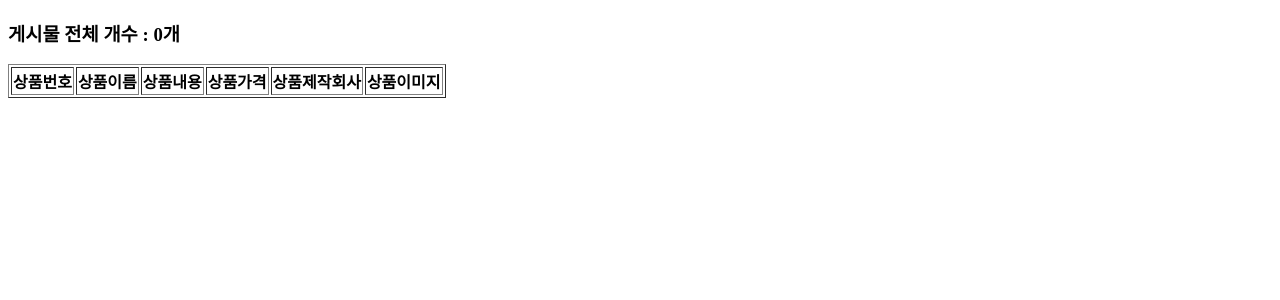
Repository: Hugh-KR/JSP_Project
Page: http://localhost/JSP_Project/product_all.jsp
An editor plug-in stored every save of this project. The page is shown before and after the next save, followed by the edit.
The browser window is 1280 px wide. The pictures show the whole page.
The page is served by Tomcat 9. Other server files are loaded and not shown. Queries for data that is not in the repository find no rows.

Above is the page before, as saved 2022-11-08 06:33:31.

### JSP_Project/src/main/webapp/product_all.jsp
<%@page import="db_connect.ProductVO"%>
<%@page import="java.util.ArrayList"%>
<%@page import="db_connect.ProductDAO"%>
<%@ page language="java" contentType="text/html; charset=UTF-8"
	pageEncoding="UTF-8"%>

<%
ProductDAO dao = new ProductDAO();
ArrayList<ProductVO> list = dao.list();
%>
<!DOCTYPE html>
<html>
<head>
<meta charset="UTF-8">
<title>Insert title here</title>
</head>
<body>
	<h3>
		게시물 전체 개수 :
		<%=list.size()%>개
	</h3>
	<table border="1">
		<tr>
			<th>상품번호</th>
			<th>상품이름</th>
			<th>상품내용</th>
			<th>상품가격</th>
			<th>상품제작회사</th>
			<th>상품이미지</th>
		</tr>
		<%
		for (ProductVO bag : list) {
		%>
		<tr>
			<td><%=bag.getID()%></td>
			<td><%=bag.getNAME()%></td>
			<td><%=bag.getCONTENT()%></td>
			<td><%=bag.getPRICE()%></td>
			<td><%=bag.getCOMPANY()%></td>
			<td><img src="img/<%=bag.getIMG()%>" width ="100" height="100"></td>
		</tr>
		<%
		} //for
		%>
	</table>

</body>
</html>

### JSP_Project/src/main/java/db_connect/ProductDAO.java
package db_connect;

import java.sql.Connection;
import java.sql.DriverManager;
import java.sql.PreparedStatement;
import java.sql.ResultSet;
import java.util.ArrayList;

import javax.swing.JOptionPane;

public class ProductDAO {

	public ArrayList<ProductVO> list() {

		// vo를 넣어줄 커다란 박스역할을 할 수 부품을 사용 예정
		// 가변길이인 경우 arraylist
		// MemberVO가 많이 들어간 arraylist박스를 하나 만들어줌.
		ArrayList<ProductVO> list = new ArrayList<>();

		// 1. 드라이버 설정- 드라이버(커넥터) 로딩
		try {
			Class.forName("com.mysql.cj.jdbc.Driver");
			// 특정한 위치에 있는 드라이버 파일을 램에 읽어들여 설정
			System.out.println("1. 드라이버 설정 성공.@@@@");

			// 2. db연결 mySQL: school, oracle: xe
			String url = "jdbc:mysql://localhost:3306/mydb";
			String user = "abcd";
			String password = "12345678";
			Connection con = DriverManager.getConnection(url, user, password); // Connection
			System.out.println("2. db연결 성공.@@@@@@");

			// 3. sql문을 만든다.
			String sql = "select * from PRODUCT";
			PreparedStatement ps = con.prepareStatement(sql);

			System.out.println("3. sql문 생성 성공.@@@@@");

			// 4. sql문을 db서버에 보낸다. --> 결과가 어떻게 되었는지 자바프로그램 알려줌.
			ResultSet rs = ps.executeQuery(); // r의 결과는 table, cud는 숫자(실행된row수) //1
			// rs.next() true면 결과가 있음. false면 결과가 없음.
			// System.out.println("4. sql문 db서버로 전송 성공. @@@@@ 반영된 row수 >>" + rs.next());
			while (rs.next()) { // 결과값이 true이면!!
				System.out.println("검색결과가 있음.");
				// 있으면
				// 1. 한 행의 값들을 추출
				// 2. vo를 만들어준다.
				// 3. vo에 추출한 값들을 넣어준다.
				// 4. vo를 list에 넣어준다.
				String id = rs.getString(1); // 컬럼의 순서 1번 id값 추출
				String name = rs.getString(2);
				String content = rs.getString(3);
				int price = rs.getInt(4);
				String company = rs.getString(5);
				String img = rs.getString(6);

				// UI에서 사용자가 검색한 결과를 볼 수 있어야 한다.
				// 4개의 데이터를 UI에게 return!!해주자.
				// 1) 가방을 만들어서,
				ProductVO bag = new ProductVO();
				// 2) 데이터를 넣고,
				bag.setID(id);
				bag.setNAME(name);
				bag.setCONTENT(content);
				bag.setPRICE(price);
				bag.setCOMPANY(company);
				bag.setIMG(img);

				list.add(bag);
				// 3) return하자.(전달)
			} // while
			System.out.println("box(list)에 들어간 가방의 갯수>> " + list.size());
			// db처리와 관련된 메모리 할당된 것 해제시켜주자.
			ps.close();
			con.close();
			rs.close();
		} catch (Exception e) {
			e.printStackTrace();
		}
		// 메서드의 처리를 다 끝내고, 결과를 보내줘라는 개념. 맨 끝에 써야함.
		return list;
	} // list

	// 기능하나만 메서드 하나 구현(검색 1명 기능-row 1개)
	public int login(MemberVO bag) {
		// 전달된 값 제대로 전달되었는지 확인하는 습관이 좋음.
		System.out.println(bag);

		// 1. 드라이버 설정- 드라이버(커넥터) 로딩
		// db의 유형, 버전에 따라 매우 많음.
		// 필요할 때 다운로드 받아 써야 함.
		int result = 0; // 0인 경우, 실패라고 하자.!

		try {
			Class.forName("com.mysql.cj.jdbc.Driver");
			// 특정한 위치에 있는 드라이버 파일을 램에 읽어들여 설정
			System.out.println("1. 드라이버 설정 성공.@@@@");

			// 2. db연결 mySQL: school, oracle: xe
			String url = "jdbc:mysql://localhost:3306/mydb";
			String user = "abcd";
			String password = "12345678";
			Connection con = DriverManager.getConnection(url, user, password); // Connection
			System.out.println("2. db연결 성공.@@@@@@");

			// 3. sql문을 만든다.
			String sql = "select * from member where id = ? and pw = ?"; // 1, 2번 2개의 물음표 번호
			PreparedStatement ps = con.prepareStatement(sql);
			ps.setString(1, bag.getId()); // 1번 물음표에 id에 저장해놓은 값을 스트링으로 넣어줘!
			ps.setString(2, bag.getPw());
			System.out.println("3. sql문 생성 성공.@@@@@");

			// 4. sql문을 db서버에 보낸다. --> 결과가 어떻게 되었는지 자바프로그램 알려줌.
			ResultSet rs = ps.executeQuery(); // r의 결과는 table, cud는 숫자(실행된row수) //1
			// rs.next() true면 결과가 있음. false면 결과가 없음.
			// System.out.println("4. sql문 db서버로 전송 성공. @@@@@ 반영된 row수 >>" + rs.next());
			if (rs.next()) { // 결과값이 true이면!!
				System.out.println("검색결과가 있음.");
				result = 1;
				// 3) return하자.(전달)
			}
			// db처리와 관련된 메모리 할당된 것 해제시켜주자.
			ps.close();
			con.close();
			rs.close();
		} catch (Exception e) {
			e.printStackTrace();
		}
		// 메서드의 처리를 다 끝내고, 결과를 보내줘라는 개념. 맨 끝에 써야함.
		return result;
	} // login

	// 기능하나만 메서드 하나 구현(검색 1명 기능-row 1개)
	public MemberVO one(String id) {
		// 전달된 값 제대로 전달되었는지 확인하는 습관이 좋음.
		System.out.println(id);

		// 1. 드라이버 설정- 드라이버(커넥터) 로딩
		// db의 유형, 버전에 따라 매우 많음.
		// 필요할 때 다운로드 받아 써야 함.
		MemberVO bag = null; // 쓰레기값!!--> 변수 초기화시켜주어야함.!

		try {
			Class.forName("com.mysql.cj.jdbc.Driver");
			// 특정한 위치에 있는 드라이버 파일을 램에 읽어들여 설정
			System.out.println("1. 드라이버 설정 성공.@@@@");

			// 2. db연결 mySQL: school, oracle: xe
			String url = "jdbc:mysql://localhost:3306/mydb";
			String user = "abcd";
			String password = "12345678";
			Connection con = DriverManager.getConnection(url, user, password); // Connection
			System.out.println("2. db연결 성공.@@@@@@");

			// 3. sql문을 만든다.
			String sql = "select * from member where id = ?";
			PreparedStatement ps = con.prepareStatement(sql);
			ps.setString(1, id); // 1번 물음표에 id에 저장해놓은 값을 스트링으로 넣어줘!
			System.out.println("3. sql문 생성 성공.@@@@@");
			// String site = "http://www.naver.com";
			// Url url = new Url(site); //객체화!!

			// 4. sql문을 db서버에 보낸다. --> 결과가 어떻게 되었는지 자바프로그램 알려줌.
			ResultSet rs = ps.executeQuery(); // r의 결과는 table, cud는 숫자(실행된row수) //1
			// rs.next() true면 결과가 있음. false면 결과가 없음.
			// System.out.println("4. sql문 db서버로 전송 성공. @@@@@ 반영된 row수 >>" + rs.next());
			if (rs.next()) { // 결과값이 true이면!!
				System.out.println("검색결과가 있음.");
				String id2 = rs.getString(1); // 컬럼의 순서 1번 id값 추출
				String pw = rs.getString("pw");
				String name = rs.getString(3);
				String tel = rs.getString(4);
				System.out.println("검색한 결과>>" + id2 + " " + pw + " " + name + " " + tel);

				// UI에서 사용자가 검색한 결과를 볼 수 있어야 한다.
				// 4개의 데이터를 UI에게 return!!해주자.
				// 1) 가방을 만들어서,
				bag = new MemberVO();
				// 2) 데이터를 넣고,
				bag.setId(id2);
				bag.setPw(pw);
				bag.setName(name);
				bag.setTel(tel);

				// 3) return하자.(전달)
			}
			// db처리와 관련된 메모리 할당된 것 해제시켜주자.
			ps.close();
			con.close();
			rs.close();
		} catch (Exception e) {
			e.printStackTrace();
		}
		// 메서드의 처리를 다 끝내고, 결과를 보내줘라는 개념. 맨 끝에 써야함.
		return bag;
	} // one

	// 기능하나만 메서드 하나 구현(등록기능)
	public void insert(ProductVO bag) { // String id
		System.out.println(bag); // toString()호출, 가방에 들어있는 값들이 프린트
		// 자바에서 DBMS를 연결하려고 함.
		// JDBC 프로그래밍 절차
		// 4단계 절차
		// 1. 드라이버 설정- 드라이버(커넥터) 로딩
		// db의 유형, 버전에 따라 매우 많음.
		// 필요할 때 다운로드 받아 써야 함.
		try {
			Class.forName("com.mysql.cj.jdbc.Driver");
			// 특정한 위치에 있는 드라이버 파일을 램에 읽어들여 설정
			System.out.println("1. 드라이버 설정 성공.@@@@");

			// 2. db연결 mySQL: school, oracle: xe
			String url = "jdbc:mysql://localhost:3306/mydb";
			String user = "abcd";
			String password = "12345678";
			Connection con = DriverManager.getConnection(url, user, password); // Connection
			System.out.println("2. db연결 성공.@@@@@@");

			// 3. sql문을 만든다.
			String sql = "insert into PRODUCT values (?, ?, ?, ?, ?, ?)";
			// 준비된 문장(Preparedstatement)
			PreparedStatement ps = con.prepareStatement(sql);
			ps.setString(1, bag.getID() ); // 1번 물음표에 id에 저장해놓은 값을 스트링으로 넣어줘!
			ps.setString(2, bag.getNAME()); // 2번 물음표에 pw에 저장해놓은 값을 스트링으로 넣어줘!
			ps.setString(3, bag.getCONTENT()); // 3번 물음표에 name에 저장해놓은 값을 스트링으로 넣어줘!
			ps.setInt(4, bag.getPRICE()); // 4번 물음표에 tel에 저장해놓은 값을 스트링으로 넣어줘!
			ps.setString(5, bag.getCOMPANY()); // 4번 물음표에 tel에 저장해놓은 값을 스트링으로 넣어줘!
			ps.setString(6, bag.getIMG()); // 4번 물음표에 tel에 저장해놓은 값을 스트링으로 넣어줘!
			System.out.println("3. sql문 생성 성공.@@@@@");
			// String site = "http://www.naver.com";
			// Url url = new Url(site); //객체화!!

			// 4. sql문을 db서버에 보낸다. --> 결과가 어떻게 되었는지 자바프로그램 알려줌.
			String result2 = "실패";
			try {
				int result = ps.executeUpdate(); // r의 결과는 table, cud는 숫자(실행된row수) //1
				System.out.println("4. sql문 db서버로 전송 성공. @@@@@ 반영된 row수 >>" + result);
				if (result == 1) {
					result2 = "성공";
				}
			} catch (Exception e) {
				System.out.println("상품등록시 에러발생");
				e.printStackTrace(); //에러정보 프린트
			}
			JOptionPane.showMessageDialog(null, result2);  //컴파일 에러
			ps.close();
			con.close();
		} catch (Exception e) {
			e.printStackTrace();
		}
	} // insert

	// 기능하나만 메서드 하나 구현(탈퇴기능)
	public void delete(ProductVO bag) {
		// 자바에서 DBMS를 연결하려고 함.
		// JDBC 프로그래밍 절차
		// 4단계 절차
		// 1. 드라이버 설정- 드라이버(커넥터) 로딩
		// db의 유형, 버전에 따라 매우 많음.
		// 필요할 때 다운로드 받아 써야 함.
		try {
			Class.forName("com.mysql.cj.jdbc.Driver");
			// 특정한 위치에 있는 드라이버 파일을 램에 읽어들여 설정
			System.out.println("1. 드라이버 설정 성공.@@@@");

			// 2. db연결 mySQL: school, oracle: xe
			String url = "jdbc:mysql://localhost:3306/mydb";
			String user = "abcd";
			String password = "12345678";
			Connection con = DriverManager.getConnection(url, user, password); // Connection
			System.out.println("2. db연결 성공.@@@@@@");

			// 3. sql문을 만든다.
			String sql = "delete from PRODUCT where id = ?";
			// 준비된 문장(Preparedstatement)
			PreparedStatement ps = con.prepareStatement(sql);

			ps.setString(1, bag.getID()); // 1번 물음표에 id에 저장해놓은 값을 스트링으로 넣어줘!
			System.out.println("3. sql문 생성 성공.@@@@@");
			// String site = "http://www.naver.com";
			// Url url = new Url(site); //객체화!!

			// 4. sql문을 db서버에 보낸다. --> 결과가 어떻게 되었는지 자바프로그램 알려줌.
			int result = ps.executeUpdate(); // r의 결과는 table, cud는 숫자(실행된row수) //1
			System.out.println("4. sql문 db서버로 전송 성공. @@@@@ 반영된 row수 >>" + result);

			ps.close();
			con.close();
		} catch (Exception e) {
			e.printStackTrace();
		}

	} // delete

	public void update(ProductVO bag) {
		// 자바에서 DBMS를 연결하려고 함.
		// JDBC 프로그래밍 절차
		// 4단계 절차
		// 1. 드라이버 설정- 드라이버(커넥터) 로딩
		// db의 유형, 버전에 따라 매우 많음.
		// 필요할 때 다운로드 받아 써야 함.
		try {
			Class.forName("com.mysql.cj.jdbc.Driver");
			// 특정한 위치에 있는 드라이버 파일을 램에 읽어들여 설정
			System.out.println("1. 드라이버 설정 성공.@@@@");

			// 2. db연결 mySQL: school, oracle: xe
			String url = "jdbc:mysql://localhost:3306/mydb";
			String user = "abcd";
			String password = "12345678";
			Connection con = DriverManager.getConnection(url, user, password); // Connection
			System.out.println("2. db연결 성공.@@@@@@");

			// 3. sql문을 만든다.
			String sql = "UPDATE PRODUCT SET content=?  WHERE id=?";
			// 준비된 문장(Preparedstatement)
			PreparedStatement ps = con.prepareStatement(sql);

			ps.setString(1, bag.getCONTENT()); // 1번 물음표에 id에 저장해놓은 값을 스트링으로 넣어줘!
			ps.setString(2, bag.getID()); // 1번 물음표에 id에 저장해놓은 값을 스트링으로 넣어줘!
			System.out.println("3. sql문 생성 성공.@@@@@");
			// String site = "http://www.naver.com";
			// Url url = new Url(site); //객체화!!

			// 4. sql문을 db서버에 보낸다. --> 결과가 어떻게 되었는지 자바프로그램 알려줌.
			int result = ps.executeUpdate(); // r의 결과는 table, cud는 숫자(실행된row수) //1
			System.out.println("4. sql문 db서버로 전송 성공. @@@@@ 반영된 row수 >>" + result);

			ps.close();
			con.close();
		} catch (Exception e) {
			e.printStackTrace();
		}

	} // update

} // class

After the next save:
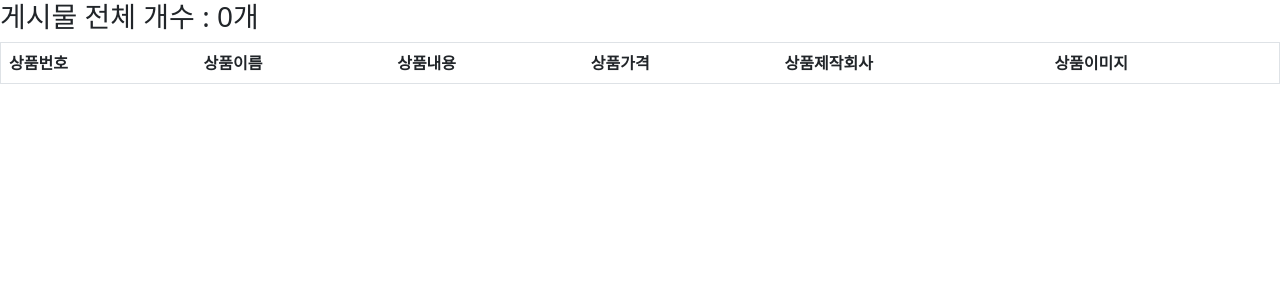
Saved 2 min 18 s later.
--- a/JSP_Project/src/main/webapp/product_all.jsp
+++ b/JSP_Project/src/main/webapp/product_all.jsp
@@ -11,15 +11,19 @@ ArrayList<ProductVO> list = dao.list();
 <!DOCTYPE html>
 <html>
 <head>
+<title>Insert title here</title>
 <meta charset="UTF-8">
-<title>Insert title here</title>
+ <meta name="viewport" content="width=device-width, initial-scale=1">
+  <link href="https://cdn.jsdelivr.net/npm/bootstrap@5.2.2/dist/css/bootstrap.min.css"
+  rel="stylesheet">
+  <script src="https://cdn.jsdelivr.net/npm/bootstrap@5.2.2/dist/js/bootstrap.bundle.min.js"></script>
 </head>
 <body>
 	<h3>
 		게시물 전체 개수 :
 		<%=list.size()%>개
 	</h3>
-	<table border="1">
+	<table class="table table-hover" border="1">
 		<tr>
 			<th>상품번호</th>
 			<th>상품이름</th>
